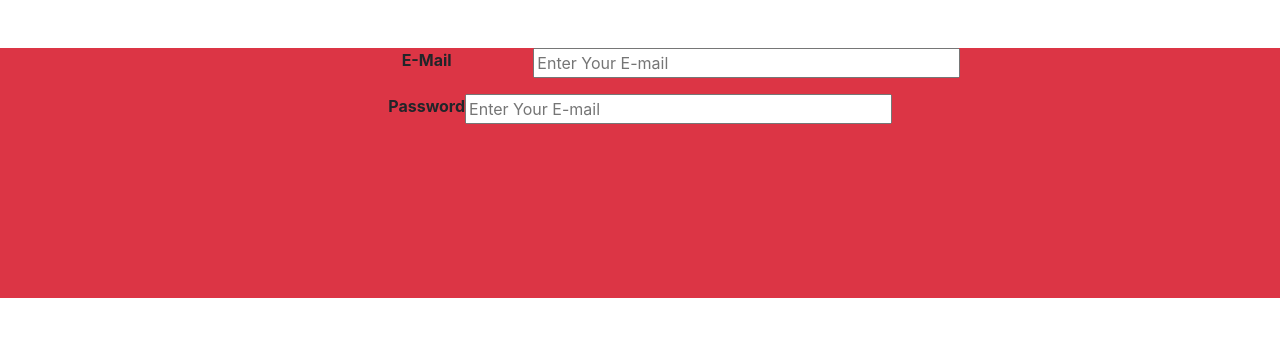
Repository: mariamkhaledsapra/E-Commerce-main
Page: /login
These files come from the project's save history. The page is drawn as it stood at one moment and after the next save; the edit follows.
The browser window is 1280 px wide. The pictures show the whole page.
The project was rebuilt for these pictures with package versions that can differ from the ones it lists, and the page was loaded fresh each time. Also part of the build but not shown: src/components/Navbar.jsx.

Above is the page before, as saved 2024-02-13 21:40:08.

### public/index.html
<!DOCTYPE html>
<html lang="en">
  <head>
    <meta charset="utf-8" />
    <link rel="icon" href="%PUBLIC_URL%/favicon.ico" />
    <meta name="viewport" content="width=device-width, initial-scale=1" />
    <meta name="theme-color" content="#000000" />
    <meta
      name="description"
      content="Web site created using create-react-app"
    />
    <link href="https://cdn.jsdelivr.net/npm/bootstrap@5.1.3/dist/css/bootstrap.min.css" rel="stylesheet" integrity="sha384-1BmE4kWBq78iYhFldvKuhfTAU6auU8tT94WrHftjDbrCEXSU1oBoqyl2QvZ6jIW3" crossorigin="anonymous">

    <title>React App</title>
  </head>
  <body>
    <div id="root"></div>
  </body>
</html>

### src/index.js
import React from "react";
import ReactDOM from "react-dom/client";
import "./index.css";
import App from "./App";
import reportWebVitals from "./reportWebVitals";
import { createBrowserRouter, RouterProvider } from "react-router-dom";
import Login from "./components/Login";
import Navbar from "./components/Navbar";

const Routes = createBrowserRouter([
  {
    path: "/",
    element: <App />,
    children: [
      {
        index:true,
        element: <Navbar />,
      },
      {
        path: "/login",
        element: <Login />,
      },
    ],
  },
]);

const root = ReactDOM.createRoot(document.getElementById("root"));
root.render(
  <RouterProvider router={Routes}>
    <App />
  </RouterProvider>
);

reportWebVitals();

### src/App.js
import logo from './logo.svg';
import './App.css';
import Navbar from './components/Navbar';
import { Outlet } from 'react-router-dom';

function App() {
  return (
    <div className="App">
      <Outlet/>
    </div>
  );
}

export default App;

### src/components/Login.jsx
import React from "react";

const Login = () => {
  return (
    <div className="bg-danger  mt-5" style={{ height: "250px" }}>
      {" "}
      <div className="mb-3  d-flex justify-content-center">
        <label className="fw-bolder col-2">E-Mail</label>
        <div className="col-4">
          <input type="email" placeholder="Enter Your E-mail" className={"w-100"}/>
        </div>
      </div>
      <div className="mb-3  d-flex justify-content-center">
        <label className="fw-bolder">Password</label>
        <div className="col-4">
          <input type="password" placeholder="Enter Your E-mail" className={"w-100"}/>
        </div>
      </div>

    </div>
  );
};

export default Login;

Loaded but not shown: src/index.css (common file); src/reportWebVitals.js (common file); src/App.css (common file)

After the next save:
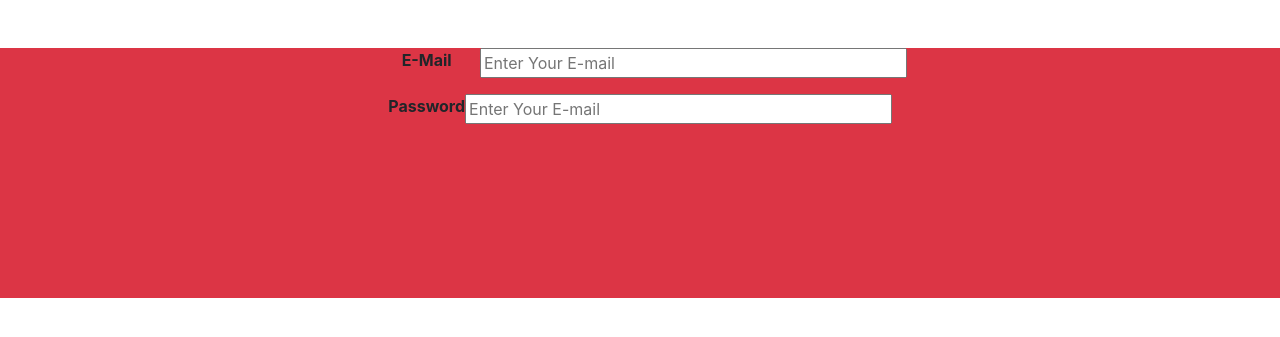
Saved 5 s later.
--- a/src/components/Login.jsx
+++ b/src/components/Login.jsx
@@ -5,7 +5,7 @@ const Login = () => {
     <div className="bg-danger  mt-5" style={{ height: "250px" }}>
       {" "}
       <div className="mb-3  d-flex justify-content-center">
-        <label className="fw-bolder col-2">E-Mail</label>
+        <label className="fw-bolder col-1">E-Mail</label>
         <div className="col-4">
           <input type="email" placeholder="Enter Your E-mail" className={"w-100"}/>
         </div>
